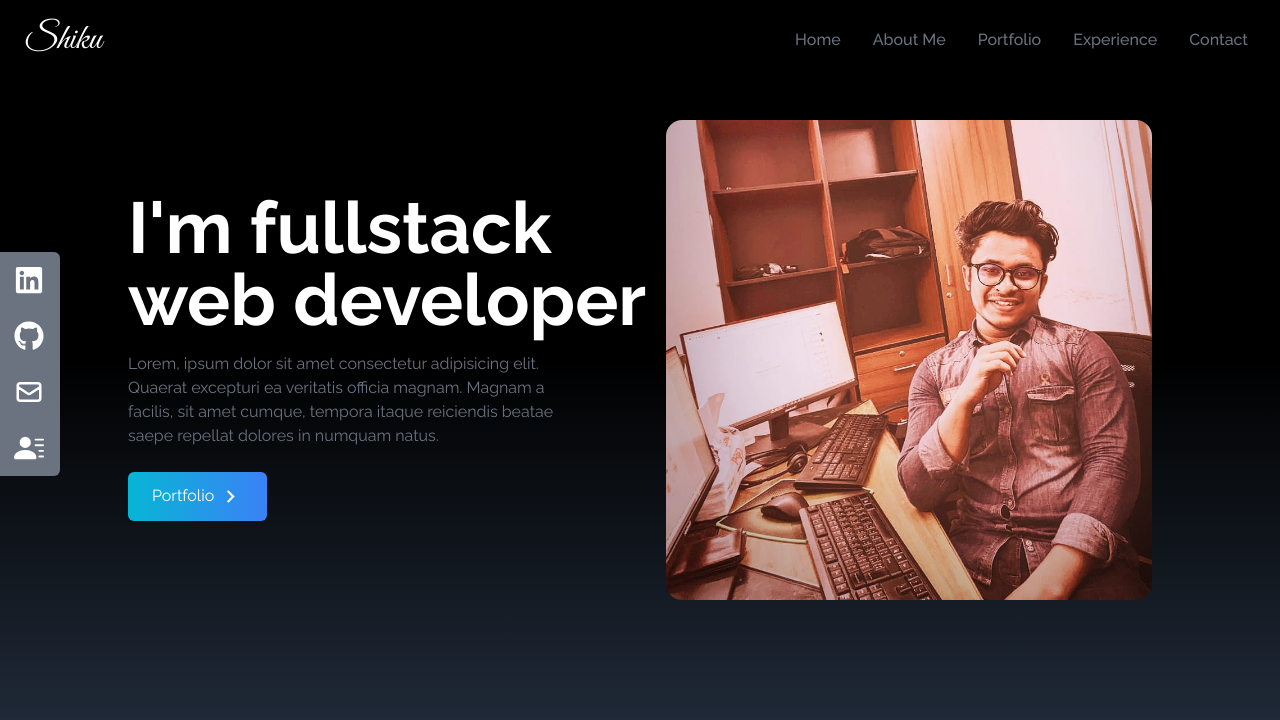
Repository: shikubro90/portfolio2
Page: /
The author's editor kept a copy of each file at every save. The page is drawn from the files as they stood at one save, then again after a run of saves.
The browser window is 1280 px wide. The pictures show the whole page.
The project was rebuilt for these pictures with package versions that can differ from the ones it lists, and the page was loaded fresh each time. Imported but missing from the stored project, and not drawn on this page: src/assets/CV.pdf.

Above is the page before, as saved 2022-08-25 15:18:49.

After the next 2 saves:
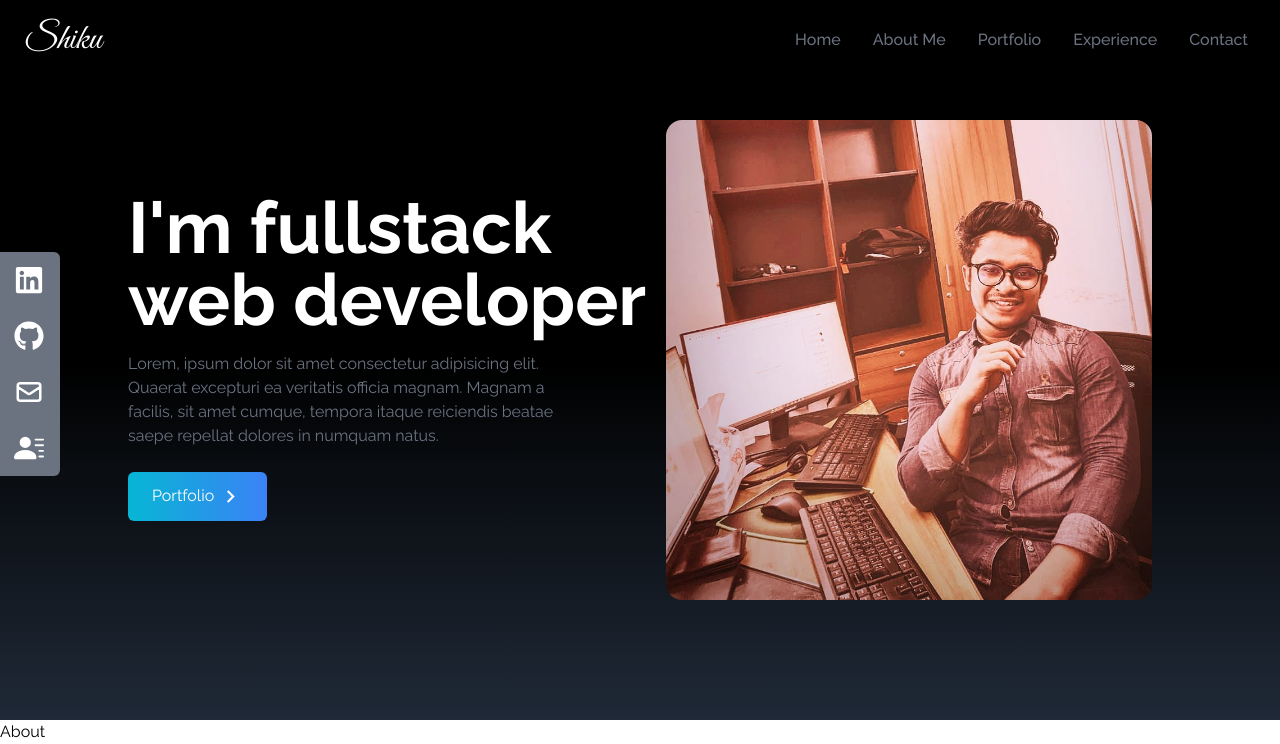
The 2 saves are shown as one change because 1 did not build or start.
The last was saved 8 s later.
--- a/src/App.js
+++ b/src/App.js
@@ -1,3 +1,4 @@
+import About from "./components/About";
 import Home from "./components/Home";
 import Navbar from "./components/Navbar";
 import SocialMedia from "./components/SocialMedia";
@@ -9,7 +10,7 @@ function App() {
       <Navbar/>
       <Home/>
       <SocialMedia/>
-
+      <About/>
     </div>
   );
 }
